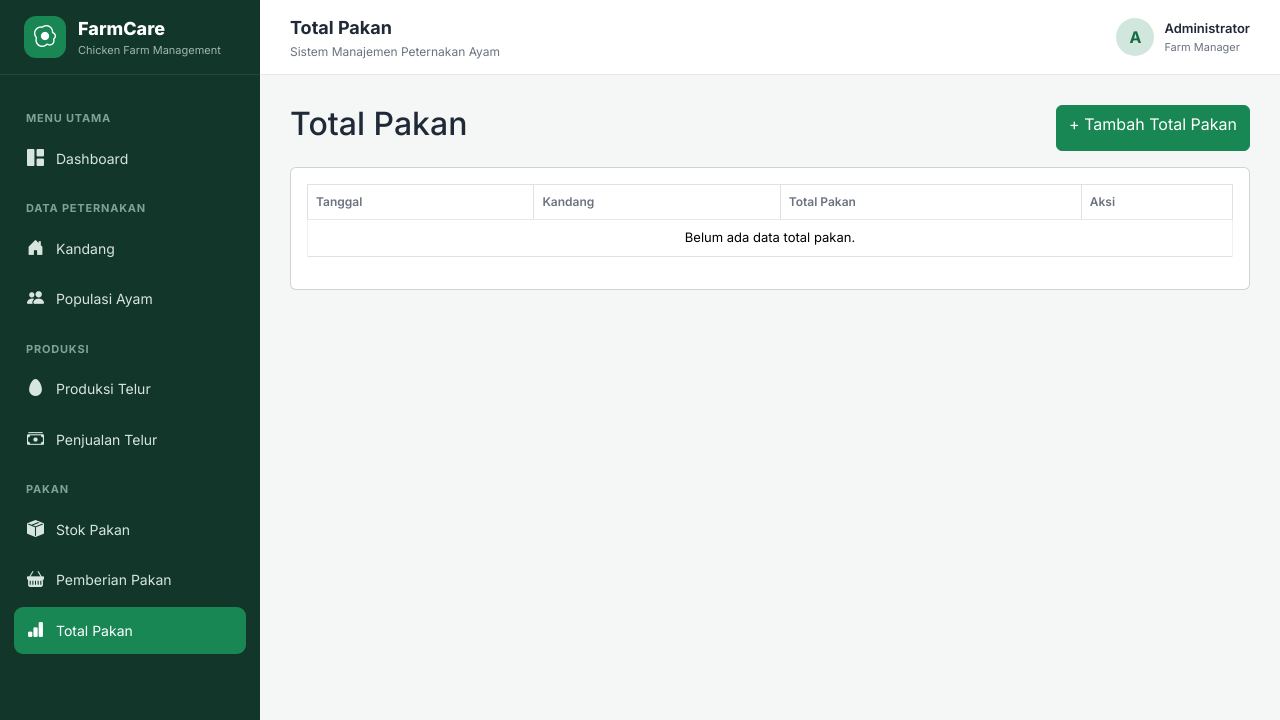
Repository: syafira-nur25/bukanayampart1
Page: http://localhost/total-pakan
An editor plug-in stored every save of this project. The page is shown before and after the next save, followed by the edit.
The browser window is 1280 px wide. The pictures show the whole page.
The page is served by the project's Laravel application, run on PHP 8.4 with Laravel 12. Queries for data that is not in the repository find no rows.

Above is the page before, as saved 2026-08-13 09:43:36.

After the next save:
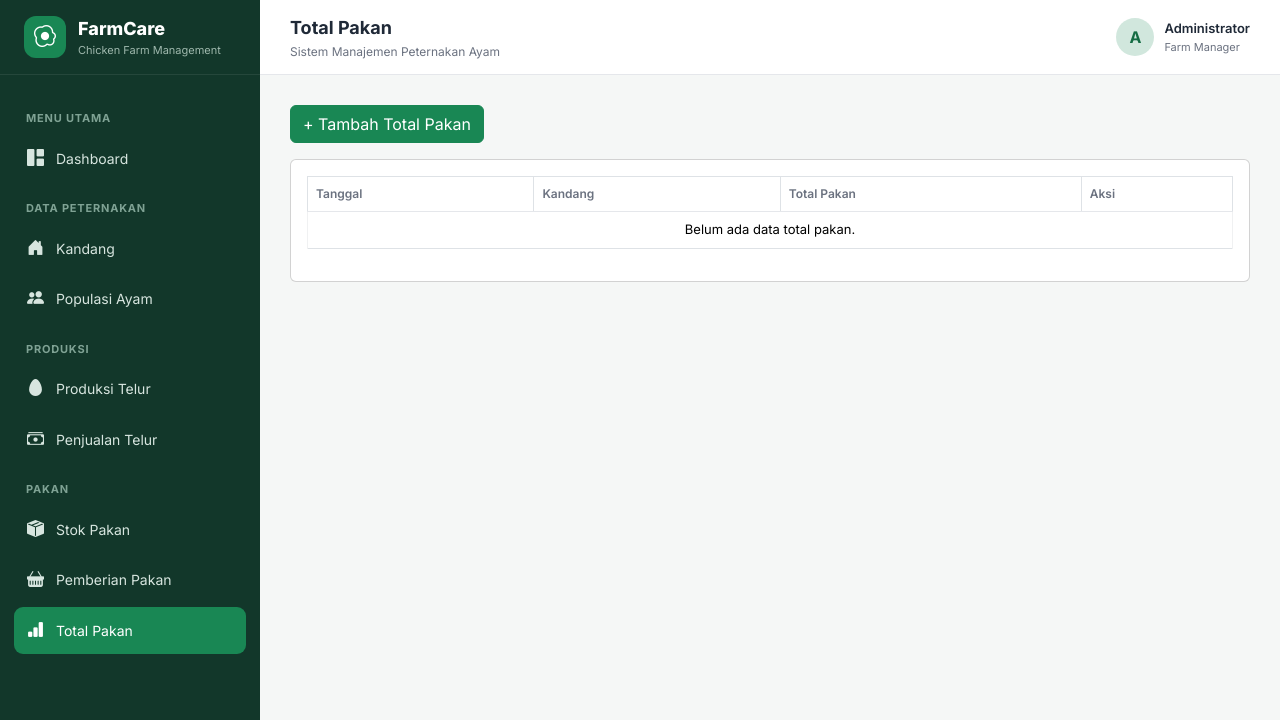
Saved 8 s later.
--- a/resources/views/total_pakan/index.blade.php
+++ b/resources/views/total_pakan/index.blade.php
@@ -5,8 +5,6 @@
 @section('content')
 
 <div class="d-flex justify-content-between mb-3">
-
-    <h2>Total Pakan</h2>
 
     <a
         href="{{ route('total-pakan.create') }}"
